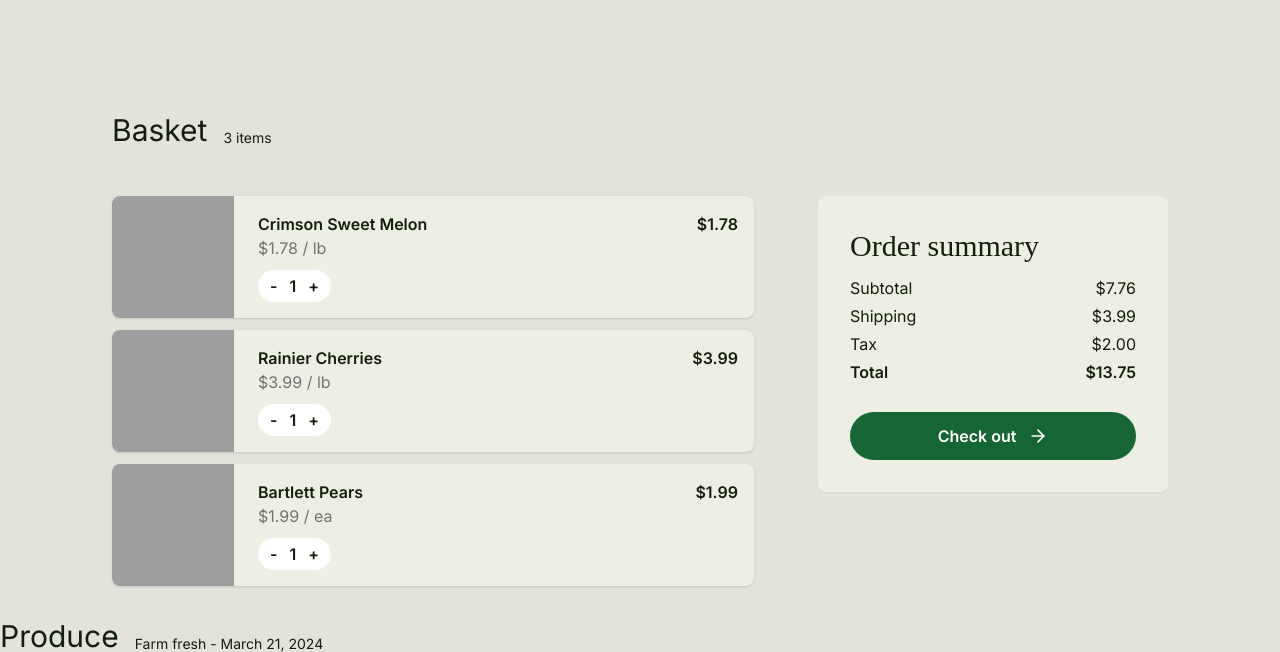
Repository: wswiselife/CSS
Page: / (app in figma-20240618/)
The author's editor kept a copy of each file at every save. The page is drawn from the files as they stood at one save, then again after the next save.
The browser window is 1280 px wide. The pictures show the part of the page from y = 1280 to 1944 px (the page is 1932 px tall before and 1944 px after).
Pictures or frames that could not be fetched are drawn as grey boxes. Some web fonts or font styles are not loaded; a fallback is used. The project was rebuilt for these pictures with package versions that can differ from the ones it lists, and the page was loaded fresh each time. The framework's server and built-in components were replaced by stand-ins that run in the browser. Also part of the build but not shown: figma-20240618/next.config.mjs, figma-20240618/app/components/navbar/UserItem.tsx.

Above is the page before, as saved 2024-06-19 09:14:02.

After the next save:
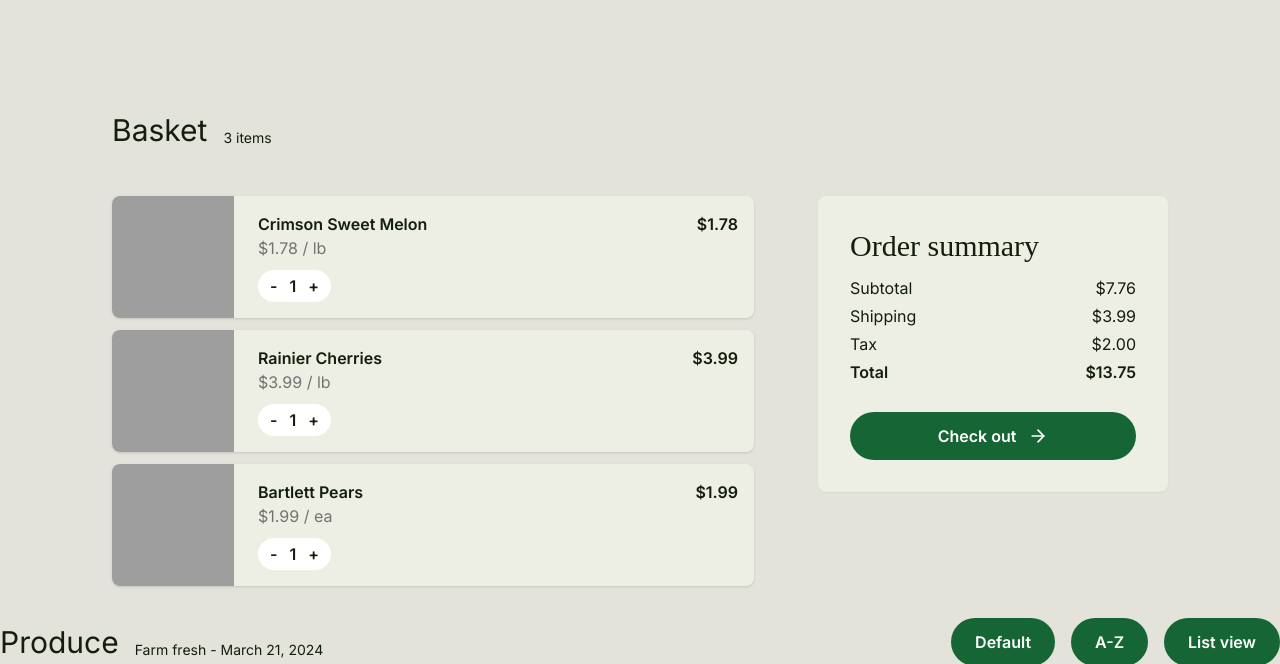
Saved 25 s later.
--- a/figma-20240618/app/components/Produce.tsx
+++ b/figma-20240618/app/components/Produce.tsx
@@ -1,9 +1,19 @@
 import Header from "./Header"
+import Button from "./Button"
 
 const Produce = ()=>{
+
+    const operateContent = (
+        <div className="flex justify-center items-center gap-4">
+            <Button label="Default" onClick={()=>{}} ></Button>
+            <Button label="A-Z" onClick={()=>{}} ></Button>
+            <Button label="List view" onClick={()=>{}} ></Button>
+        </div>
+    )
+
     return(
         <div>
-            <Header title="Produce" desc="Farm fresh - March 21, 2024" />
+            <Header title="Produce" desc="Farm fresh - March 21, 2024" operate={operateContent} />
         </div>
     )
 }
